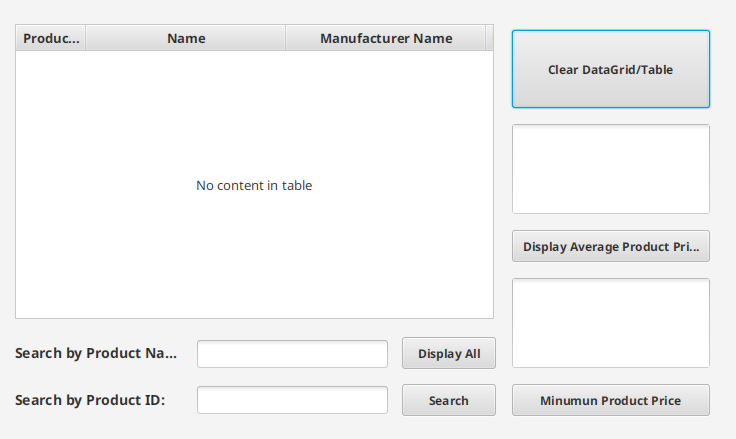
Repository: Kevinrivas96/Java-FinalExam-W24
Program's window: java kevinrivas_COMP1011_003/src/kevinrivas_ex01/displayResults.java
An editor plug-in stored every save of this project. The program's window is shown before and after the next save, followed by the edit.
It runs on Java 21 on a 1366 x 768 screen with JavaFX 11; the title bar is not drawn.

Above is the program's window before, as saved 2024-04-16 23:32:11.

### kevinrivas_COMP1011_003/src/kevinrivas_ex01/displayResults.java
package kevinrivas_ex01;

import javafx.application.Application;
import javafx.fxml.FXMLLoader;
import javafx.stage.Stage;
import javafx.scene.Parent;
import javafx.scene.Scene;

public class displayResults extends Application {
	   @Override
	   public void start(Stage stage) throws Exception {
	      Parent root =
	         FXMLLoader.load(getClass().getResource("products.fxml"));

	      Scene scene = new Scene(root);
	      stage.setTitle("Products");
	      stage.setScene(scene);
	      stage.show();
	   }

	   public static void main(String[] args) {
	      launch(args);
	   }
	}

### kevinrivas_COMP1011_003/src/kevinrivas_ex01/ProductController.java
package kevinrivas_ex01;

import java.net.URL;
import java.sql.Connection;
import java.sql.DriverManager;
import java.sql.PreparedStatement;
import java.sql.ResultSet;
import java.sql.SQLException;
import java.util.ResourceBundle;

import javafx.event.ActionEvent;
import javafx.fxml.FXML;
import javafx.fxml.Initializable;
import javafx.scene.control.Alert;
import javafx.scene.control.Button;
import javafx.scene.control.TableColumn;
import javafx.scene.control.TableView;
import javafx.scene.control.TextArea;
import javafx.scene.control.TextField;
import javafx.scene.control.cell.PropertyValueFactory;



public class ProductController implements Initializable {

    @FXML
    private TableView<Product> resultsOutput;

    @FXML
    private Button clearBtn;

    @FXML
    private Button searchBtn;

    @FXML
    private TextField productName;

    @FXML
    private TextField productID;

    @FXML
    private TextArea avgOutput;

    @FXML
    private Button displayAvgBtn;

    @FXML
    private TextArea minProdOutput;

    @FXML
    private Button MinProductBtn;


    private Connection connection;
    private PreparedStatement selectAllStatement;
    private PreparedStatement searchStatement;

    @Override
    public void initialize(URL url, ResourceBundle rb) {
        try {
            connection = DriverManager.getConnection("jdbc:mysql://localhost:3306/productsdb", "root", "Welcome1");

            selectAllStatement = connection.prepareStatement("SELECT * FROM products");

            TableColumn<Product, Integer> productIDCol = new TableColumn<>("Product ID");
            productIDCol.setCellValueFactory(new PropertyValueFactory<>("productID"));
            productIDCol.setPrefWidth(70); // Set the width to 100 pixels

            TableColumn<Product, String> nameCol = new TableColumn<>("Name");
            nameCol.setCellValueFactory(new PropertyValueFactory<>("name"));
            nameCol.setPrefWidth(200); // Set the width to 200 pixels

            TableColumn<Product, String> manufacturerNameCol = new TableColumn<>("Manufacturer Name");
            manufacturerNameCol.setCellValueFactory(new PropertyValueFactory<>("manufacturerName"));
            manufacturerNameCol.setPrefWidth(200); // Set the width to 200 pixels

            TableColumn<Product, Double> pricePerUnitCol = new TableColumn<>("Price Per Unit");
            pricePerUnitCol.setCellValueFactory(new PropertyValueFactory<>("pricePerUnit"));
            pricePerUnitCol.setPrefWidth(100); // Set the width to 100 pixels

            resultsOutput.getColumns().addAll(productIDCol, nameCol, manufacturerNameCol, pricePerUnitCol);

            clearBtn.setOnAction(this::clearAll);
            searchBtn.setOnAction(this::searchProduct);

        } catch (SQLException e) {
            e.printStackTrace();
        }
    }

    @FXML
    private void displayAll(ActionEvent event) {
        try {
            resultsOutput.getItems().clear();
            ResultSet resultSet = selectAllStatement.executeQuery();
            while (resultSet.next()) {
                int productID = resultSet.getInt("ProductID");
                String name = resultSet.getString("Name");
                String manufacturerName = resultSet.getString("ManufacturerName");
                double pricePerUnit = resultSet.getDouble("PricePerUnit");
                resultsOutput.getItems().add(new Product(productID, name, manufacturerName, pricePerUnit));
            }
        } catch (SQLException e) {
            e.printStackTrace();
        }
    }

    @FXML
    private void clearAll(ActionEvent event) {
        resultsOutput.getItems().clear();
        avgOutput.clear();
        minProdOutput.clear();
    }

    @FXML
    private void searchProduct(ActionEvent event) {
        try {
            String searchName = productName.getText().trim();
            String searchID = productID.getText().trim();
            String query = "SELECT * FROM products WHERE Name = ? OR ProductID = ?";
            PreparedStatement searchStatement = connection.prepareStatement(query);
            searchStatement.setString(1, searchName);
            searchStatement.setString(2, searchID);
            ResultSet resultSet = searchStatement.executeQuery();
            resultsOutput.getItems().clear();
            boolean found = false;
            while (resultSet.next()) {
                int productID = resultSet.getInt("ProductID");
                String name = resultSet.getString("Name");
                String manufacturerName = resultSet.getString("ManufacturerName");
                double pricePerUnit = resultSet.getDouble("PricePerUnit");
                resultsOutput.getItems().add(new Product(productID, name, manufacturerName, pricePerUnit));
                found = true;
            }
            searchStatement.close();
            if (!found) {
                // Display an error message here
                Alert alert = new Alert(Alert.AlertType.ERROR);
                alert.setTitle("Search Result");
                alert.setHeaderText(null);
                alert.setContentText("No results found.");
                alert.showAndWait();
            }
        } catch (SQLException e) {
            e.printStackTrace();
        }
    }

    @FXML
    private void displayAveragePrice(ActionEvent event) {
        try {
            String query = "SELECT AVG(PricePerUnit) FROM products";
            PreparedStatement avgStatement = connection.prepareStatement(query);
            ResultSet resultSet = avgStatement.executeQuery();
            if (resultSet.next()) {
                double avgPrice = resultSet.getDouble(1);
                avgOutput.setText(String.valueOf(avgPrice));
            }
            avgStatement.close();
        } catch (SQLException e) {
            e.printStackTrace();
        }
    }

    @FXML
    private void displayMinProduct(ActionEvent event) {
        try {
            String query = "SELECT MIN(PricePerUnit) FROM products";
            PreparedStatement minStatement = connection.prepareStatement(query);
            ResultSet resultSet = minStatement.executeQuery();
            if (resultSet.next()) {
                double minPrice = resultSet.getDouble(1);
                minProdOutput.setText(String.valueOf(minPrice));
            }
            minStatement.close();
        } catch (SQLException e) {
            e.printStackTrace();
        }
    }


    // Don't forget to close the connection when done
    public void close() {
        try {
            if (selectAllStatement != null) {
                selectAllStatement.close();
            }
            if (searchStatement != null) {
                searchStatement.close();
            }
            if (connection != null) {
                connection.close();
            }
        } catch (SQLException e) {
            e.printStackTrace();
        }
    }
}

### kevinrivas_COMP1011_003/src/kevinrivas_ex01/products.fxml
<?xml version="1.0" encoding="UTF-8"?>

<?import javafx.scene.control.Button?>
<?import javafx.scene.control.Label?>
<?import javafx.scene.control.TableView?>
<?import javafx.scene.control.TextArea?>
<?import javafx.scene.control.TextField?>
<?import javafx.scene.layout.AnchorPane?>
<?import javafx.scene.text.Font?>

<AnchorPane maxHeight="-Infinity" maxWidth="-Infinity" minHeight="-Infinity" minWidth="-Infinity" prefHeight="439.0" prefWidth="736.0" xmlns="http://javafx.com/javafx/21" xmlns:fx="http://javafx.com/fxml/1" fx:controller="kevinrivas_ex01.ProductController">
   <children>
      <Button fx:id="clearBtn" layoutX="512.0" layoutY="30.0" mnemonicParsing="false" prefHeight="78.0" prefWidth="198.0" text="Clear DataGrid/Table">
         <font>
            <Font name="System Bold" size="12.0" />
         </font>
      </Button>
      <TextArea fx:id="avgOutput" layoutX="512.0" layoutY="124.0" prefHeight="90.0" prefWidth="198.0" />
      <Button fx:id="displayAvgBtn" layoutX="512.0" layoutY="230.0" mnemonicParsing="false" onAction="#displayAveragePrice" prefHeight="32.0" prefWidth="198.0" text="Display Average Product Price ">
         <font>
            <Font name="System Bold" size="12.0" />
         </font>
      </Button>
      <TextArea fx:id="minProdOutput" layoutX="512.0" layoutY="278.0" prefHeight="90.0" prefWidth="198.0" />
      <Button fx:id="MinProductBtn" layoutX="512.0" layoutY="384.0" mnemonicParsing="false" onAction="#displayMinProduct" prefHeight="32.0" prefWidth="198.0" text="Minumun Product Price">
         <font>
            <Font name="System Bold" size="12.0" />
         </font>
      </Button>
      <Label layoutX="15.0" layoutY="343.0" prefHeight="20.0" prefWidth="171.0" text="Search by Product Name: ">
         <font>
            <Font name="System Bold" size="14.0" />
         </font>
      </Label>
      <Label layoutX="15.0" layoutY="390.0" prefHeight="20.0" prefWidth="171.0" text="Search by Product ID: ">
         <font>
            <Font name="System Bold" size="14.0" />
         </font>
      </Label>
      <Button fx:id="displayAllBtn" layoutX="402.0" layoutY="337.0" mnemonicParsing="false" onAction="#displayAll" prefHeight="32.0" prefWidth="94.0" text="Display All">
         <font>
            <Font name="System Bold" size="12.0" />
         </font>
      </Button>
      <Button fx:id="searchBtn" layoutX="402.0" layoutY="384.0" mnemonicParsing="false" prefHeight="32.0" prefWidth="94.0" text="Search">
         <font>
            <Font name="System Bold" size="12.0" />
         </font>
      </Button>
      <TextField fx:id="productName" layoutX="197.0" layoutY="340.0" prefHeight="26.0" prefWidth="191.0" />
      <TextField fx:id="productID" layoutX="197.0" layoutY="386.0" prefHeight="26.0" prefWidth="191.0" />
      <TableView fx:id="resultsOutput" layoutX="15.0" layoutY="24.0" prefHeight="295.0" prefWidth="479.0" />
   </children>
</AnchorPane>

After the next save:
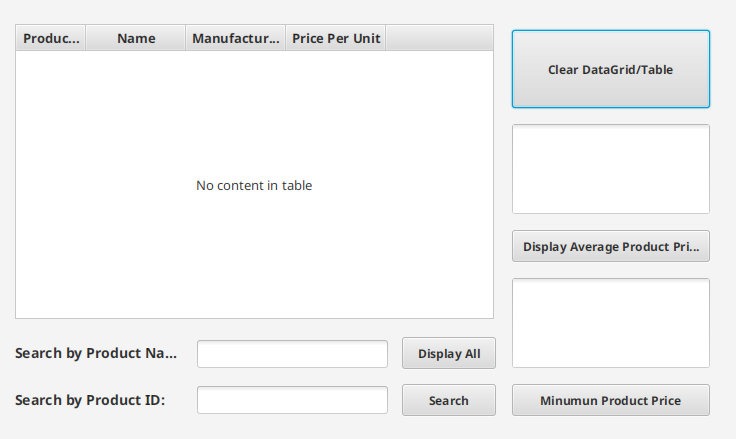
Saved 19 s later.
--- a/kevinrivas_COMP1011_003/src/kevinrivas_ex01/ProductController.java
+++ b/kevinrivas_COMP1011_003/src/kevinrivas_ex01/ProductController.java
@@ -68,11 +68,11 @@
 
             TableColumn<Product, String> nameCol = new TableColumn<>("Name");
             nameCol.setCellValueFactory(new PropertyValueFactory<>("name"));
-            nameCol.setPrefWidth(200); // Set the width to 200 pixels
+            nameCol.setPrefWidth(100); // Set the width to 200 pixels
 
             TableColumn<Product, String> manufacturerNameCol = new TableColumn<>("Manufacturer Name");
             manufacturerNameCol.setCellValueFactory(new PropertyValueFactory<>("manufacturerName"));
-            manufacturerNameCol.setPrefWidth(200); // Set the width to 200 pixels
+            manufacturerNameCol.setPrefWidth(100); // Set the width to 200 pixels
 
             TableColumn<Product, Double> pricePerUnitCol = new TableColumn<>("Price Per Unit");
             pricePerUnitCol.setCellValueFactory(new PropertyValueFactory<>("pricePerUnit"));
